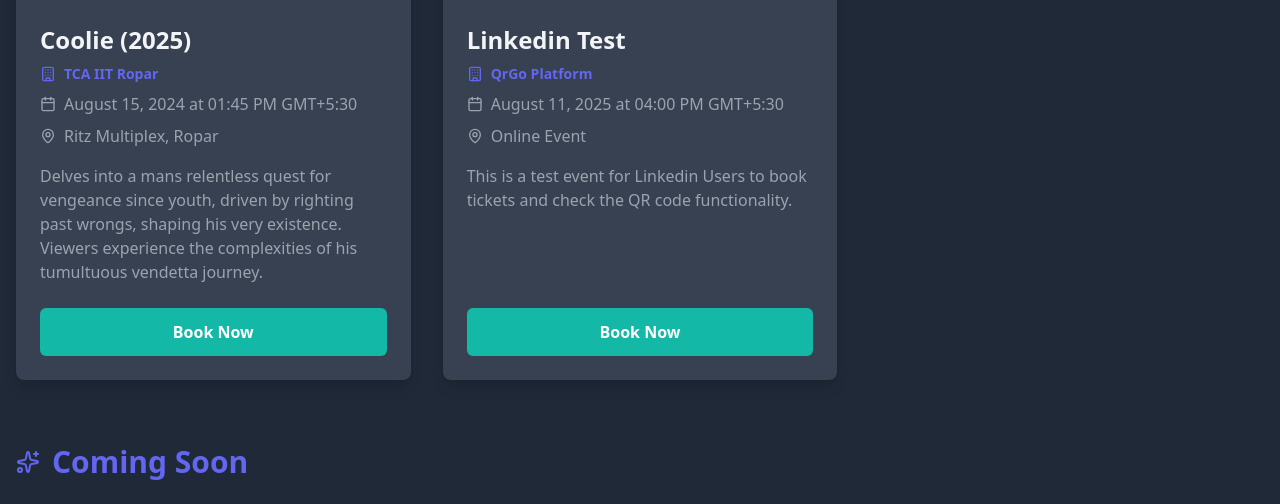
Repository: Dhakshin2007/QrGo
Page: /
These files come from the project's save history. The page is drawn as it stood at one moment and after the next save; the edit follows.
The browser window is 1280 px wide. The pictures show the part of the page from y = 568 to 1072 px (the page is 2352 px tall).
Pictures or frames that could not be fetched are drawn as grey boxes. Some web libraries are served in a nearby version. The project was rebuilt for these pictures with package versions that can differ from the ones it lists, and the page was loaded fresh each time. Also part of the build but not shown: vite.config.ts, pages/BookingPage.tsx, components/TicketCard.tsx, pages/MyTicketsPage.tsx, services/aiService.ts, pages/AdminPage.tsx, pages/PrivacyPolicyPage.tsx.

Above is the page before, as saved 2025-08-13 22:19:10.

### index.html
<!DOCTYPE html>
<html lang="en">
  <head>
    <meta name="description" content="Website Used to Host Events and Book Tickets and Inbuild scanning. If You want to Host an Event, Contact Us." />
<meta name="keywords" content="QrGo , QrGo Startup , Events IIT Ropar,Tickets , District , Paytm , Zomato , Ticket Booking , Event Hosting ,  Telugu Students IIT, IIT Ropar culture, IIT Ropar">
<meta name="author" content="Kotha Dhakshin">
<meta property="og:title" content="QrGo - Event Ticket Hosting Platform" />
<meta property="og:description" content="Official site for QrGo. Events, Bookings, and student details." />
<meta property="og:url" content="https://qrgo-weld.vercel.app/" />
<meta property="og:type" content="website" />
<meta property="og:image" content="#" />

  <meta charset="UTF-8" />
    <link rel="icon" type="image/png" href = "https://i.postimg.cc/qqd3M6cN/Google-AI-Studio-2025-08-09-T14-17-15-618-Z.png" />
    <meta name="viewport" content="width=device-width, initial-scale=1.0" />
    <title>QrGo</title>
    <script src="https://cdn.tailwindcss.com"></script>
    <script>
      tailwind.config = {
        theme: {
          extend: {
            colors: {
              'primary': '#14b8a6', // teal-500
              'primary-focus': '#0d9488', // teal-600
              'background': '#1f2937', // gray-800
              'surface': '#374151', // gray-700
              'on-surface': '#f3f4f6', // gray-200
              'on-surface-secondary': '#9ca3af', // gray-400
              'accent': '#6366f1', // indigo-500
            }
          }
        }
      }
    </script>
    <!-- html5-qrcode library -->
    <script src="https://unpkg.com/html5-qrcode" type="text/javascript"></script>
  <script type="importmap">
{
  "imports": {
    "react-router-dom": "https://esm.sh/react-router-dom@^7.8.0",
    "react-dom/": "https://esm.sh/react-dom@^19.1.1/",
    "react/": "https://esm.sh/react@^19.1.1/",
    "react": "https://esm.sh/react@^19.1.1",
    "lucide-react": "https://esm.sh/lucide-react@^0.539.0",
    "html5-qrcode": "https://esm.sh/html5-qrcode@^2.3.8",
    "qrcode": "https://esm.sh/qrcode@^1.5.4",
    "@supabase/supabase-js": "https://esm.sh/@supabase/supabase-js@2",
    "@google/genai": "https://esm.sh/@google/genai@^1.13.0"
  }
}
</script>
</head>
  <body class="bg-background text-on-surface">
    <div id="root"></div>
    <script type="module" src="/index.tsx"></script>
  </body>
</html>

### index.tsx

import React from 'react';
import ReactDOM from 'react-dom/client';
import App from './App';
import { ClerkProvider } from "@clerk/clerk-react";

const rootElement = document.getElementById('root');
if (!rootElement) {
  throw new Error("Could not find root element to mount to");
}


const root = ReactDOM.createRoot(rootElement);
root.render(
  <React.StrictMode>
    <App />
  </React.StrictMode>
);

### components/Header.tsx

import React from 'react';
import * as ReactRouterDOM from 'react-router-dom';
import { Ticket, ShieldCheck, CalendarDays, QrCode } from 'lucide-react';
import { LOGO_URL } from '../constants';

const Header: React.FC = () => {
  const activeLinkClass = "bg-primary text-white";
  const inactiveLinkClass = "text-on-surface hover:bg-surface";

  const navLinkClasses = ({ isActive }: { isActive: boolean }) =>
    `${isActive ? activeLinkClass : inactiveLinkClass} p-2 md:px-4 md:py-2 rounded-md font-semibold transition-colors duration-200 flex items-center gap-2`;

  return (
    <header className="bg-surface shadow-md sticky top-0 z-50">
      <nav className="container mx-auto px-4 py-3 flex justify-between items-center">
        <ReactRouterDOM.Link to="/" className="flex items-center gap-3 text-2xl font-bold text-primary">
          {LOGO_URL ? (
            <img src={LOGO_URL} alt="QrGo Logo" className="h-8 w-auto" />
          ) : (
            <QrCode size={28} />
          )}
          <span className="hidden sm:inline">QrGo</span>
        </ReactRouterDOM.Link>
        <div className="flex items-center gap-2">
          <ReactRouterDOM.NavLink
            to="/"
            className={navLinkClasses}
            title="Events"
          >
            <CalendarDays size={18}/> <span className="hidden md:inline">Events</span>
          </ReactRouterDOM.NavLink>
          <ReactRouterDOM.NavLink
            to="/my-tickets"
            className={navLinkClasses}
            title="My Tickets"
          >
            <Ticket size={18}/> <span className="hidden md:inline">My Tickets</span>
          </ReactRouterDOM.NavLink>
          <ReactRouterDOM.NavLink
            to="/admin"
            className={navLinkClasses}
            title="Organizer Admin"
          >
            <ShieldCheck size={18}/> <span className="hidden md:inline">Organizer Admin</span>
          </ReactRouterDOM.NavLink>
        </div>
      </nav>
    </header>
  );
};

export default Header;

### contexts/ToastContext.tsx
import React, { createContext, useState, useContext, ReactNode, useCallback, useRef } from 'react';

type ToastType = 'success' | 'error' | 'info';

interface ToastState {
  message: string;
  type: ToastType;
  isVisible: boolean;
}

interface ToastContextType {
  showToast: (message: string, type: ToastType) => void;
  toastConfig: ToastState | null;
}

const ToastContext = createContext<ToastContextType | undefined>(undefined);

export const ToastProvider: React.FC<{ children: ReactNode }> = ({ children }) => {
  const [toastConfig, setToastConfig] = useState<ToastState | null>(null);
  const timeoutIdRef = useRef<number | null>(null);

  const showToast = useCallback((message: string, type: ToastType) => {
    if (timeoutIdRef.current) {
      clearTimeout(timeoutIdRef.current);
    }
    setToastConfig({ message, type, isVisible: true });

    timeoutIdRef.current = window.setTimeout(() => {
      setToastConfig(prev => prev ? { ...prev, isVisible: false } : null);
      timeoutIdRef.current = null;
    }, 4000);
  }, []);


  return (
    <ToastContext.Provider value={{ showToast, toastConfig }}>
      {children}
    </ToastContext.Provider>
  );
};

export const useToast = () => {
  const context = useContext(ToastContext);
  if (context === undefined) {
    throw new Error('useToast must be used within a ToastProvider');
  }
  return context;
};

### contexts/AuthContext.tsx
import React, { createContext, useState, useContext, ReactNode, useCallback } from 'react';
import { Organizer } from '../types';

interface AuthState {
  isUserLoggedIn: boolean;
  userEmail: string | null;
  userPin: string | null;
  loggedInOrganizer: Organizer | null;
  loginUser: (email: string, pin: string) => void;
  logoutUser: () => void;
  loginOrganizer: (username: string, secretId: string) => boolean;
  logoutOrganizer: () => void;
}

const AuthContext = createContext<AuthState | undefined>(undefined);

// --- Security Note ---
// In a real production application, this organizer data should NOT be hardcoded here.
// It should be loaded securely, for example, from environment variables on a server
// or from a secure configuration service. This prevents sensitive credentials from
// being exposed in the client-side code.
// Example for a Node.js environment:
// const ORGANIZERS = JSON.parse(process.env.ORGANIZERS_JSON || '[]');
export const ORGANIZERS: Organizer[] = [
  { id: 'super-admin', username: 'Dhakshin', name: 'QrGo Platform', logoUrl: 'https://i.postimg.cc/zf6Twfjr/Qr-Go-Logo.png', secretId: 'Dk07' },
  { id: 'org-1', username: 'TCA', name: 'TCA IIT Ropar', logoUrl: 'https://i.postimg.cc/02kPf0r8/TCA-Logo.jpg', secretId: 'tca@2334' },
  { id: 'org-2', username: 'Alfaaz', name: 'Alfaaz IIT Ropar', logoUrl: 'https://i.postimg.cc/d1wN8tB3/Tech-Con.png', secretId: 'Akash7788' }
];


export const AuthProvider: React.FC<{ children: ReactNode }> = ({ children }) => {
  const [isUserLoggedIn, setIsUserLoggedIn] = useState(false);
  const [userEmail, setUserEmail] = useState<string | null>(null);
  const [userPin, setUserPin] = useState<string | null>(null);
  const [loggedInOrganizer, setLoggedInOrganizer] = useState<Organizer | null>(null);

  const loginUser = (email: string, pin:string) => {
    setUserEmail(email.toLowerCase());
    setUserPin(pin);
    setIsUserLoggedIn(true);
  };

  const logoutUser = () => {
    setIsUserLoggedIn(false);
    setUserEmail(null);
    setUserPin(null);
  };

  const loginOrganizer = useCallback((username: string, secretId: string): boolean => {
    const organizer = ORGANIZERS.find(
        org => org.username.toLowerCase() === username.toLowerCase() && org.secretId === secretId
    );
    if (organizer) {
        setLoggedInOrganizer(organizer);
        return true;
    }
    return false;
  }, []);

  const logoutOrganizer = () => {
      setLoggedInOrganizer(null);
  };

  return (
    <AuthContext.Provider value={{ isUserLoggedIn, userEmail, userPin, loggedInOrganizer, loginUser, logoutUser, loginOrganizer, logoutOrganizer }}>
      {children}
    </AuthContext.Provider>
  );
};

export const useAuth = () => {
  const context = useContext(AuthContext);
  if (context === undefined) {
    throw new Error('useAuth must be used within an AuthProvider');
  }
  return context;
};

### components/Toast.tsx
import React from 'react';
import { useToast } from '../contexts/ToastContext';
import { CheckCircle, XCircle, Info } from 'lucide-react';

const icons = {
  success: <CheckCircle className="text-green-400" size={24} />,
  error: <XCircle className="text-red-400" size={24} />,
  info: <Info className="text-blue-400" size={24} />,
};

const bgColors = {
  success: 'bg-green-500/20 border-green-500',
  error: 'bg-red-500/20 border-red-500',
  info: 'bg-blue-500/20 border-blue-500',
};

const Toast: React.FC = () => {
  const { toastConfig } = useToast();

  if (!toastConfig) {
    return null;
  }

  const { message, type, isVisible } = toastConfig;

  return (
    <div
      aria-live="assertive"
      className={`fixed bottom-5 right-5 z-50 transition-all duration-300 ease-in-out ${isVisible ? 'opacity-100 translate-y-0' : 'opacity-0 translate-y-4'}`}
    >
      <div className={`flex items-center gap-4 p-4 rounded-lg shadow-lg border-l-4 text-on-surface bg-surface ${bgColors[type]}`}>
        <div>{icons[type]}</div>
        <p className="font-semibold">{message}</p>
      </div>
    </div>
  );
};

export default Toast;

### components/EventCard.tsx


import React from 'react';
import * as ReactRouterDOM from 'react-router-dom';
import { Event, EventStatus } from '../types';
import { Calendar, MapPin, Building } from 'lucide-react';
import { ORGANIZERS } from '../contexts/AuthContext';

interface EventCardProps {
  event: Event;
}

const EventCard: React.FC<EventCardProps> = ({ event }) => {
  const organizer = ORGANIZERS.find(o => o.id === event.organizerId);

  return (
    <div className="bg-surface rounded-lg overflow-hidden shadow-lg hover:shadow-primary/50 transition-shadow duration-300 flex flex-col">
      <img src={event.image} alt={event.name} className="w-full h-48 object-cover" />
      <div className="p-6 flex flex-col flex-grow">
        <h3 className="text-2xl font-bold mb-2 text-on-surface">{event.name}</h3>
        {organizer && (
          <div className="flex items-center gap-2 text-sm text-accent mb-2 font-semibold">
            <Building size={16} />
            <span>{organizer.name}</span>
          </div>
        )}
        <div className="flex items-center gap-2 text-on-surface-secondary mb-2">
          <Calendar size={16} />
          <span>{new Date(event.date).toLocaleString('en-US', { year: 'numeric', month: 'long', day: 'numeric', hour: '2-digit', minute: '2-digit', timeZone: 'Asia/Kolkata', timeZoneName: 'short' })}</span>
        </div>
        <div className="flex items-center gap-2 text-on-surface-secondary mb-4">
          <MapPin size={16} />
          <span>{event.venue}</span>
        </div>
        <p className="text-on-surface-secondary mb-6 flex-grow">{event.description}</p>

        {event.status === EventStatus.Ongoing ? (
          <ReactRouterDOM.Link to={`/book/${event.id}`} className="mt-auto text-center w-full bg-primary text-white font-bold py-3 px-6 rounded-md hover:bg-primary-focus transition-colors duration-300">
            Book Now
          </ReactRouterDOM.Link>
        ) : (
          <button
            disabled
            className="mt-auto text-center w-full bg-gray-500 text-white font-bold py-3 px-6 rounded-md cursor-not-allowed"
          >
            {(() => {
              switch (event.status) {
                case EventStatus.Upcoming:
                  return 'Coming Soon';
                case EventStatus.Closed:
                  return 'Event Closed';
                case EventStatus.BookingStopped:
                  return 'Booking Stopped';
                default:
                  return 'Unavailable';
              }
            })()}
          </button>
        )}
      </div>
    </div>
  );
};

export default EventCard;

### types.ts

export type Organizer = {
  id: string;
  username: string;
  name: string;
  logoUrl: string;
  secretId: string;
};

export enum BookingStatus {
  Pending = 'Pending',
  Confirmed = 'Confirmed',
  Rejected = 'Rejected',
}

export enum EventStatus {
  Upcoming = 'Upcoming',
  Ongoing = 'Ongoing',
  BookingStopped = 'Booking Stopped',
  Closed = 'Closed',
}

export type Event = {
  id: string;
  organizerId: string;
  name: string;
  date: string;
  venue: string;
  venueMapLink?: string;
  description: string;
  image: string;
  status: EventStatus;
  price?: number;
  requiresEntryNumber?: boolean;
  upiId?: string;
  upiLink?: string;
  qrCodeImage?: string;
};

export type Booking = {
  id: string;
  eventId: string;
  userName: string;
  userEmail: string;
  userPhone: string;
  entryNumber: string | null;
  transactionId: string | null;
  paymentProof: string | null; // Public URL to the image in Supabase Storage
  pin: string; // Should be hashed on a real backend
  status: BookingStatus;
  checkedIn: boolean;
  createdAt: string;
};

### constants.ts
import { Event, Organizer, EventStatus } from './types';

// To use your own logo, paste the URL here. It will be displayed on the top left of the header.
// For best results, use a transparent PNG or SVG.
// Example: export const LOGO_URL = 'https://example.com/my-logo.svg';
export const LOGO_URL = 'https://i.postimg.cc/qqd3M6cN/Google-AI-Studio-2025-08-09-T14-17-15-618-Z.png';

// The ORGANIZERS array has been moved to contexts/AuthContext.tsx to better
// simulate secure handling of credentials and prevent them from being in a
// easily accessible constants file. In a production environment, these should
// be loaded from secure environment variables.


export const EVENTS: Event[] = [
  {
    id: 'Coolie-2025',
    organizerId: 'org-1',
    name: 'Coolie (2025)',
    date: '2024-08-15T08:15:00Z',
    venue: 'Ritz Multiplex, Ropar',
    venueMapLink: 'https://maps.app.goo.gl/X12Dntqj1eRzVzra7',
    description: 'Delves into a mans relentless quest for vengeance since youth, driven by righting past wrongs, shaping his very existence. Viewers experience the complexities of his tumultuous vendetta journey.',
    image: 'https://i.postimg.cc/htdst9V0/coolie.jpg',
    status: EventStatus.Ongoing,
    price: 180,
    upiId: 'No Bookings Are Accepted',
    upiLink: 'upi://pay?pa=deepakteja9206@axl&pn=Coolie%20(2025)%20Booking&am=180&cu=INR',
    qrCodeImage: '#'
  },
  // {
  //   id: 'dev-summit-2025',
  //   organizerId: 'org-2',
  //   name: 'Global Dev Summit',
  //   date: '2025-10-20T09:00:00Z',
  //   venue: 'Metro Convention Center',
  //   description: 'A global gathering of developers, engineers, and tech leaders to discuss the latest trends in software development, cloud computing, and more.',
  //   image: 'https://images.unsplash.com/photo-1540575467063-178a50c2df87?q=80&w=2070&auto=format&fit=crop',
  //   status: EventStatus.Upcoming,
  //   upiId: 'devsummit@upi',
  //   upiLink: 'upi://pay?pa=devsummit@upi&pn=Dev%20Summit%20Booking&am=500&cu=INR',
  //   qrCodeImage: 'https://api.qrserver.com/v1/create-qr-code/?size=200x200&data=upi://pay?pa=devsummit@upi&pn=Dev%20Summit'
  // },
  {
    id: 'fresh-test',
    organizerId: 'org-1',
    name: 'Freshers Test',
    date: '2025-08-10T10:30:00Z',
    venue: 'Community Hall',
    description: 'This is a test event for freshers to book tickets and check the QR code functionality.',
    image: 'https://images.unsplash.com/photo-1587620962725-abab7fe55159?q=80&w=2070&auto=format&fit=crop',
    status: EventStatus.Closed,
    requiresEntryNumber: true,
    // Notice upiId, upiLink, and qrCodeImage are not included
  },
  {
    id: 'linkedin-test',
    organizerId: 'super-admin',
    name: 'Linkedin Test',
    date: '2025-08-11T10:30:00Z',
    venue: 'Online Event',
    description: 'This is a test event for Linkedin Users to book tickets and check the QR code functionality.',
    image: 'https://i.postimg.cc/g0Yp4zGw/tst.jpg',
    status: EventStatus.Ongoing,
    requiresEntryNumber: false,
    // Notice upiId, upiLink, and qrCodeImage are not included
  },
  // {
  //   id: 'alfaaz-test',
  //   organizerId: 'org-2',
  //   name: 'Alfaaz Test',
  //   date: '2025-08-11T16:45:00Z',
  //   venue: 'Lecture Hall Complex',
  //   description: 'This is a test event for Alfaaz Attendants to book tickets and check the QR code functionality.',
  //   image: 'https://i.postimg.cc/3xC43b7M/image.png',
  //   status: EventStatus.Ongoing,
  //   requiresEntryNumber: false,
  //   // Notice upiId, upiLink, and qrCodeImage are not included
  // },
  {
    id: 'Zeitgeist-2025',
    organizerId: 'org-1',
    name: 'Zeitgeist IIT Ropar Cultural Fest',
    date: '2025-10-25T13:30:00Z', // Displays as 7:00 PM IST
    venue: 'IIT Ropar Campus',
    description: 'Experience a night of unforgettable music under the stars with top indie bands. Food trucks and merch available.',
    image: 'https://images.unsplash.com/photo-1514525253161-7a46d19cd819?q=80&w=1974&auto=format&fit=crop',
    status: EventStatus.Upcoming,
    price: 350,
    upiId: 'musicfest@upi',
    upiLink: 'upi://pay?pa=musicfest@upi&pn=Indie%20Music%20Fest&am=350&cu=INR',
    qrCodeImage: 'https://api.qrserver.com/v1/create-qr-code/?size=200x200&data=upi://pay?pa=musicfest@upi&pn=Indie%20Music%20Fest'
  },
  // {
  //   id: 'food-carnival-2025',
  //   organizerId: 'org-1',
  //   name: 'Gourmet Food Carnival',
  //   date: '2025-09-05T06:30:00Z', // Displays as 12:00 PM IST
  //   venue: 'Exhibition Grounds',
  //   description: 'A paradise for food lovers. Taste cuisines from around the world, watch live cooking demos, and enjoy a day of culinary delight.',
  //   image: 'https://images.unsplash.com/photo-1555939594-58d7cb561ad1?q=80&w=1974&auto=format&fit=crop',
  //   status: EventStatus.Closed,
  //   price: 150,
  //   upiId: 'foodfest@upi',
  //   upiLink: 'upi://pay?pa=foodfest@upi&pn=Gourmet%20Food%20Carnival&am=150&cu=INR',
  //   qrCodeImage: 'https://api.qrserver.com/v1/create-qr-code/?size=200x200&data=upi://pay?pa=foodfest@upi&pn=Gourmet%20Food%20Carnival'
  // },
  // {
  //   id: 'art-expo-2025',
  //   organizerId: 'org-1',
  //   name: 'Modern Art Expo',
  //   date: '2025-11-01T05:30:00Z', // Displays as 11:00 AM IST
  //   venue: 'Grand Art Gallery',
  //   description: 'Explore stunning works from contemporary artists. The expo features paintings, sculptures, and interactive installations.',
  //   image: 'https://images.unsplash.com/photo-1536924940846-227afb31e2a5?q=80&w=2066&auto=format&fit=crop',
  //   status: EventStatus.Ongoing,
  //   price: 200,
  //   upiId: 'artexpo@upi',
  //   upiLink: 'upi://pay?pa=artexpo@upi&pn=Modern%20Art%20Expo&am=200&cu=INR',
  //   qrCodeImage: 'https://api.qrserver.com/v1/create-qr-code/?size=200x200&data=upi://pay?pa=artexpo@upi&pn=Modern%20Art%20Expo'
  // }
];

Loaded but not shown: services/db.ts (374 lines, source omitted); pages/HomePage.tsx (116 lines, source omitted); services/supabaseClient.ts (141 lines, source omitted); App.tsx (111 lines, source omitted)

After the next save:
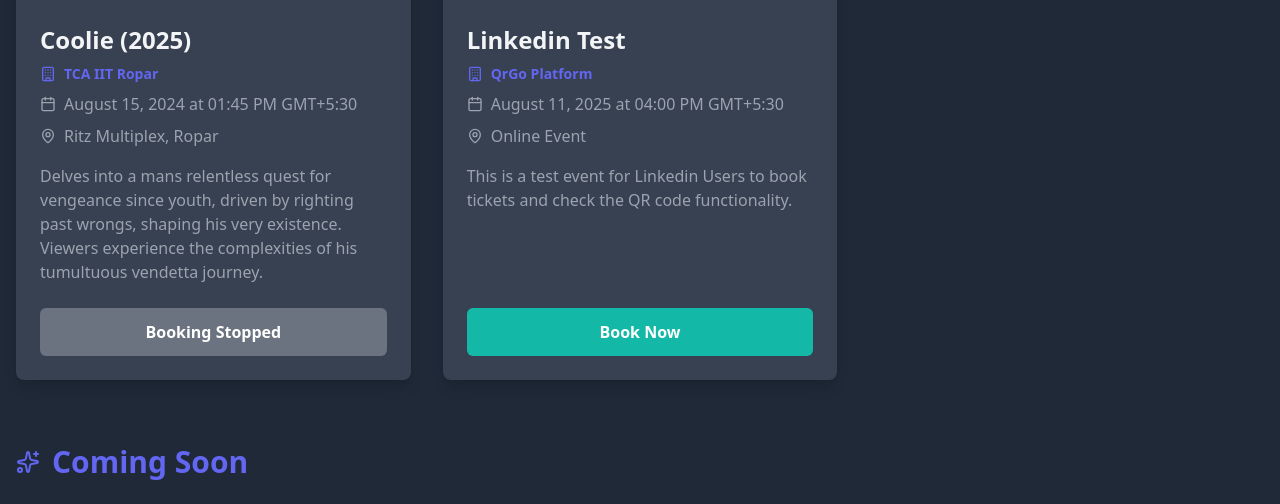
Saved 9 min 24 s later.
--- a/constants.ts
+++ b/constants.ts
@@ -21,7 +21,7 @@
     venueMapLink: 'https://maps.app.goo.gl/X12Dntqj1eRzVzra7',
     description: 'Delves into a mans relentless quest for vengeance since youth, driven by righting past wrongs, shaping his very existence. Viewers experience the complexities of his tumultuous vendetta journey.',
     image: 'https://i.postimg.cc/htdst9V0/coolie.jpg',
-    status: EventStatus.Ongoing,
+    status: EventStatus.BookingStopped,
     price: 180,
     upiId: 'No Bookings Are Accepted',
     upiLink: 'upi://pay?pa=deepakteja9206@axl&pn=Coolie%20(2025)%20Booking&am=180&cu=INR',

After the save that followed:
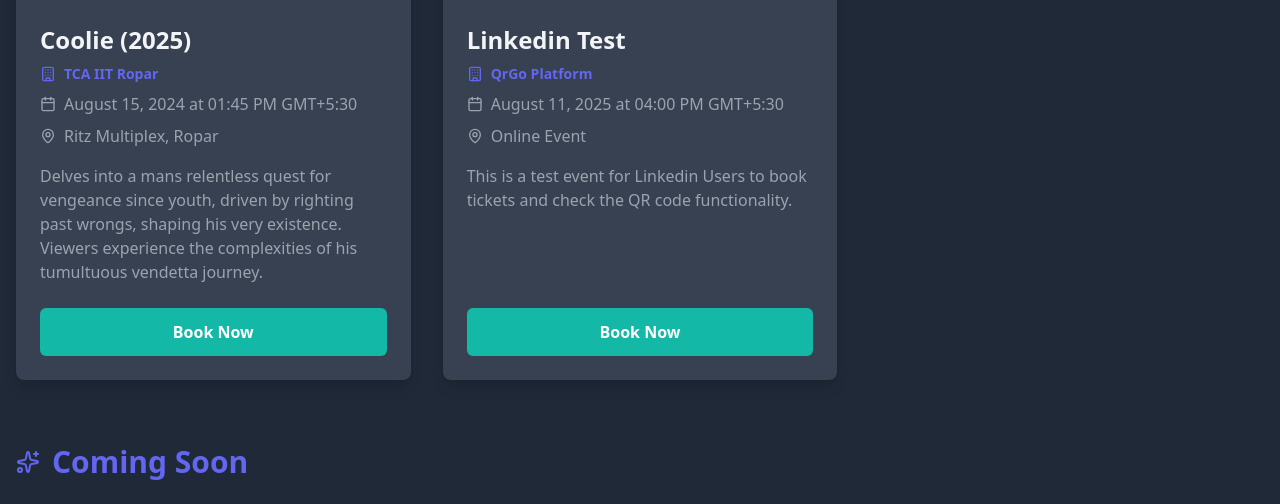
Saved 3 min 23 s later.
--- a/constants.ts
+++ b/constants.ts
@@ -21,7 +21,7 @@
     venueMapLink: 'https://maps.app.goo.gl/X12Dntqj1eRzVzra7',
     description: 'Delves into a mans relentless quest for vengeance since youth, driven by righting past wrongs, shaping his very existence. Viewers experience the complexities of his tumultuous vendetta journey.',
     image: 'https://i.postimg.cc/htdst9V0/coolie.jpg',
-    status: EventStatus.BookingStopped,
+    status: EventStatus.Ongoing,
     price: 180,
     upiId: 'No Bookings Are Accepted',
     upiLink: 'upi://pay?pa=deepakteja9206@axl&pn=Coolie%20(2025)%20Booking&am=180&cu=INR',
